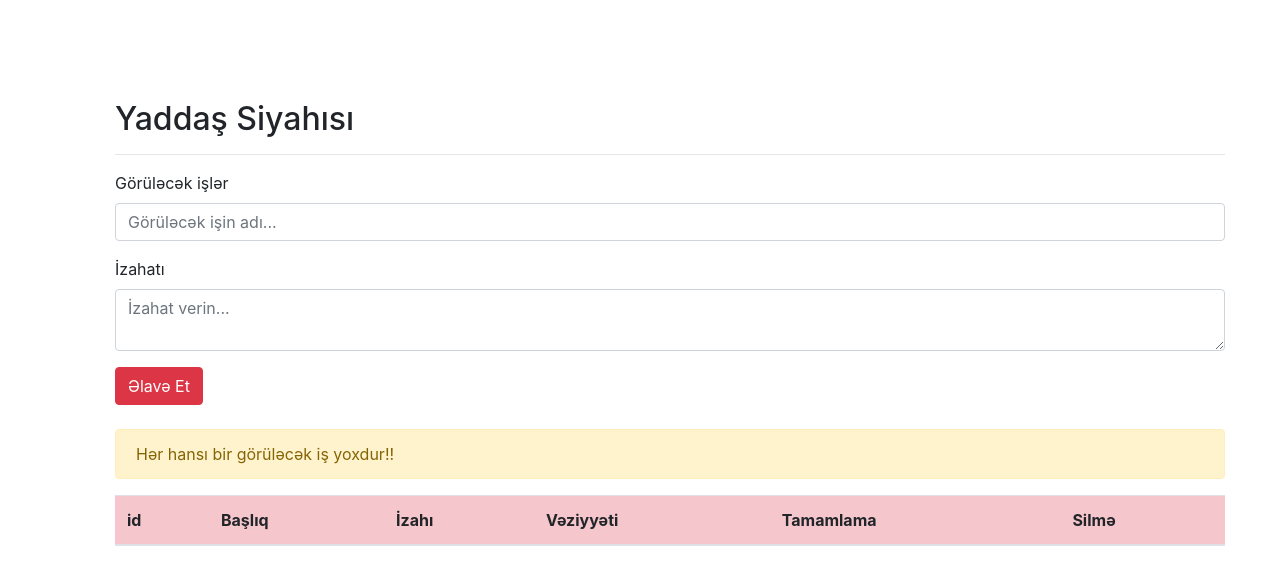
Repository: elvinyeka/ToDoApp
Page: http://localhost/
The author's editor kept a copy of each file at every save. The page is drawn from the files as they stood at one save, then again after the next save.
The browser window is 1280 px wide. The pictures show the whole page.
Some web libraries are served in a nearby version. The page is served by the project's application, run on Flask 3 (todo.py). Queries for data that is not in the repository find no rows.

Above is the page before, as saved 2020-09-27 22:37:52.

### templates/index.html
<!DOCTYPE html>
<html lang="en">

<head>
    <meta charset="UTF-8">
    <meta name="viewport" content="width=device-width, initial-scale=1.0">
    <link rel="stylesheet" href="https://maxcdn.bootstrapcdn.com/bootstrap/4.0.0/css/bootstrap.min.css" integrity="sha384-Gn5384xqQ1aoWXA+058RXPxPg6fy4IWvTNh0E263XmFcJlSAwiGgFAW/dAiS6JXm" crossorigin="anonymous">
    <title>ToDoApp</title>
</head>

<body>
    <div style="margin: 100px;" class="container">
        <h2>Yaddaş Siyahısı</h2>
        <hr>
        <form action="/add" method="POST">
            <div class="form-group">
                <label for="todolist">Görüləcək işlər</label>
                <input type="text" name="title" class="form-control" id="todolist" placeholder="Görüləcək işin adı...">
            </div>
            <div class="form-group">
                <label for="explanation">İzahatı</label>
                <textarea type="text" name="content" class="form-control" id="explanation" placeholder="İzahat verin..."></textarea>
            </div>

            <button type="submit" class="btn btn-danger">Əlavə Et</button>
        </form>
        <br> {% if todos == [] %}

        <div class="alert alert-warning">
            Hər hansı bir görüləcək iş yoxdur!!
        </div>

        {% else %} {% endif %}

        <table class="table table-hover">
            <thead class="table-danger">
                <tr>
                    <th scope="col">id</th>
                    <th scope="col">Başlıq</th>
                    <th scope="col">İzahı</th>
                    <th scope="col">Vəziyyəti</th>
                    <th scope="col">Tamamlama</th>
                    <th scope="col">Silmə</th>
                </tr>
            </thead>
            <tbody>
                {% for todo in todos %}
                <tr>
                    <th scope="row">{{todo.id}}</th>
                    <td>{{todo.title}}</td>
                    <td>{{todo.content}}</td>
                    {% if todo.complete == False %}
                    <td>Tamamlanmayıb!</td>
                    {% else %}
                    <td>Tamamlanıb!</td>
                    {% endif %}
                    <td>
                        <a href="/complete/{{todo.id}}" class="btn btn-danger">Tamamla</a>
                    </td>
                    <td>
                        <a href="/delete/{{todo.id}}" class="btn btn-danger">Sil</a>
                    </td>
                </tr>
                {% endfor %}
            </tbody>


        </table>
    </div>


    <script src="https://code.jquery.com/jquery-3.2.1.slim.min.js" integrity="sha384-KJ3o2DKtIkvYIK3UENzmM7KCkRr/rE9/Qpg6aAZGJwFDMVNA/GpGFF93hXpG5KkN" crossorigin="anonymous"></script>
    <script src="https://cdnjs.cloudflare.com/ajax/libs/popper.js/1.12.9/umd/popper.min.js" integrity="sha384-ApNbgh9B+Y1QKtv3Rn7W3mgPxhU9K/ScQsAP7hUibX39j7fakFPskvXusvfa0b4Q" crossorigin="anonymous"></script>
    <script src="https://maxcdn.bootstrapcdn.com/bootstrap/4.0.0/js/bootstrap.min.js" integrity="sha384-JZR6Spejh4U02d8jOt6vLEHfe/JQGiRRSQQxSfFWpi1MquVdAyjUar5+76PVCmYl" crossorigin="anonymous"></script>
</body>

</html>

### todo.py
from flask import Flask,render_template,request,redirect,url_for
from flask_sqlalchemy import SQLAlchemy

app = Flask(__name__)
app.config['SQLALCHEMY_DATABASE_URI'] = 'sqlite:////Users/Elvin/Desktop/ToDoApp/todo.db'
db = SQLAlchemy(app)

@app.route("/")
def index():
    todos = Todo.query.all()

    return render_template("index.html",todos = todos)

@app.route("/add", methods=["POST"])
def addTodo():
    title = request.form.get("title")
    content = request.form.get("content")

    newTodo = Todo(title=title,content=content, complete=False)

    db.session.add(newTodo)
    db.session.commit()
    return redirect(url_for("index"))

@app.route("/complete/<string:id>")
def completeTodo(id):
    todo = Todo.query.filter_by(id=id).first()
    if (todo.complete == False):
        todo.complete = True
    else:
        todo.complete = False

    db.session.commit()
    return redirect(url_for("index"))

@app.route("/delete/<string:id>")
def deleteTodo(id):
    todo = Todo.query.filter_by(id=id).first()
    db.session.delete(todo)
    db.session.commit()
    return redirect(url_for("index"))

class Todo(db.Model):

    id = db.Column(db.Integer,primary_key=True)
    title = db.Column(db.String(80))
    content = db.Column(db.Text)
    complete = db.Column(db.Boolean)


if __name__ == "__main__":
    app.run(debug=True)

After the next save:
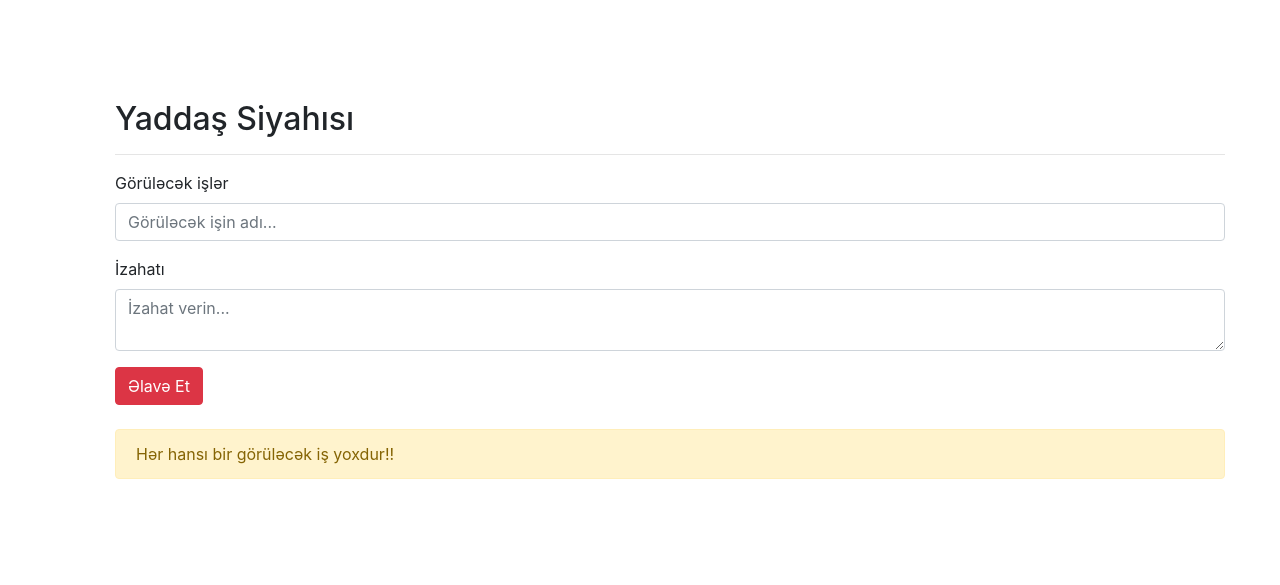
Saved 67 s later.
--- a/templates/index.html
+++ b/templates/index.html
@@ -30,7 +30,7 @@
             Hər hansı bir görüləcək iş yoxdur!!
         </div>
 
-        {% else %} {% endif %}
+        {% else %}
 
         <table class="table table-hover">
             <thead class="table-danger">
@@ -63,9 +63,11 @@
                 </tr>
                 {% endfor %}
             </tbody>
+        </table>
+
+        {% endif %}
 
 
-        </table>
     </div>
 
 
